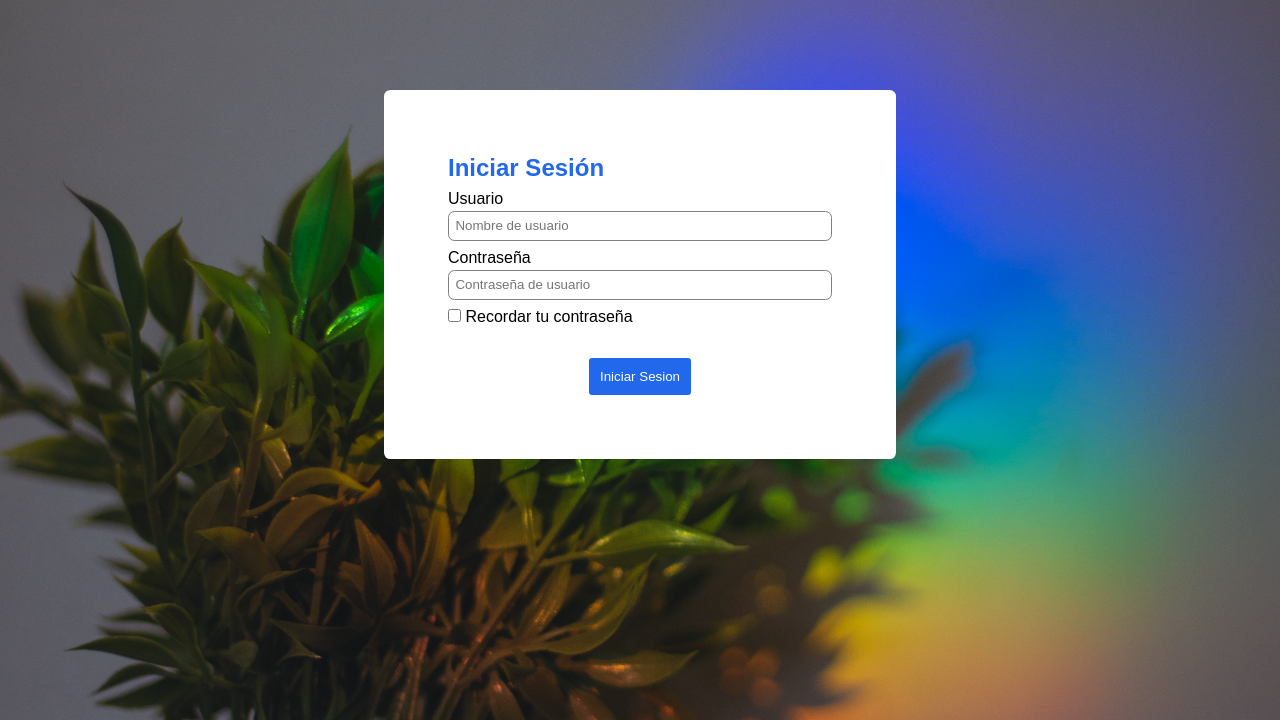
Repository: TzMichaelYT/ModuloHTMLCSS
Page: formularioHTML/index.html
An editor plug-in stored every save of this project. The page is shown before and after the next save, followed by the edit.
The browser window is 1280 px wide. The pictures show the whole page.

Above is the page before, as saved 2021-07-14 21:01:26.

### formularioHTML/index.html
<!DOCTYPE html>
<html lang="es">
  <head>
    <meta charset="UTF-8" />
    <meta http-equiv="X-UA-Compatible" content="IE=edge" />
    <meta name="viewport" content="width=device-width, initial-scale=1.0" />
    <title>Iniciar Sesion</title>

    <!-- Estilos CSS -->
    <link rel="stylesheet" href="./styles/styles.css" />
  </head>
  <body class="bg-matica">
    <!-- Seccion login -->
    <section class="screen-form">
      <!-- Contenedor del formulario -->
      <div class="bg-white form-container">
        <form>
          <!-- Contenedor del titulo -->
          <div>
            <h1 class="header-color">Iniciar Sesi&oacute;n</h1>
          </div>

          <!-- Inputs de inicio de sesion-->
          <div class="input-container">
            <label for="usuario">Usuario</label>
            <input type="text" id="usuario" placeholder="Nombre de usuario" />
          </div>

          <div class="input-container">
            <label for="password">Contraseña</label>
            <input
              type="password"
              id="password"
              placeholder="Contraseña de usuario"
            />
          </div>

          <div class="checkbox-container">
            <input type="checkbox" id="check" />
            <label for="check">Recordar tu contraseña</label>
          </div>

          <div class="btn-login-container">
            <button type="submit">Iniciar Sesion</button>
          </div>
        </form>
      </div>
    </section>
  </body>
</html>

### formularioHTML/styles/styles.css
/*Estilos Genarales*/
* {
    font-family: Arial, Helvetica, sans-serif;
    margin: 0;
}

/* Color del titulo */
.header-color {
    color: #2168ec;
}

/* Imagen de fondo */
.bg-matica {
    background-image: url('../img/matica.jpg');
    background-size: cover;
    background-repeat: no-repeat;
    background-position-y: 40%;
}
/* contendedor formulario */

.bg-white {
    background-color: #fff;
}

.form-container {
    padding: 4rem;
    width: 30%; /* tamaño del formulario */
    border-radius: 0.4rem;
    /*display: flex;
    justify-content: center;
    flex-direction: column;*/
}

/* contenedores de inputs */
.input-container {
    margin-top: 0.5rem;
    display: flex;
    flex-direction: column;
}

.input-container input {
    border-radius: 0.4rem;
    border: solid 0.1rem gray;
    padding: 0.4rem;
    margin-top: 0.2rem;
}

.checkbox-container {
    margin-top: 0.5rem;
}

/* estilos de botones */
.btn-login-container {
    margin-top: 2rem;
    display: flex;
    justify-content: center;
}

.btn-login-container button {
    padding: 0.7rem;
    background-color: #2168ec;
    border: 0;
    border-radius: 0.2rem;
    color: #fff;
    transition: background-color 0.5s;
    transition: padding 0.5s;
}

.btn-login-container button:hover {
    background-color: green;
    padding: 1rem;
}

/*Alineacion Formulario*/
.screen-form {
    display: flex;
    justify-content: center;
    margin-top: 7%;
}

After the next save:
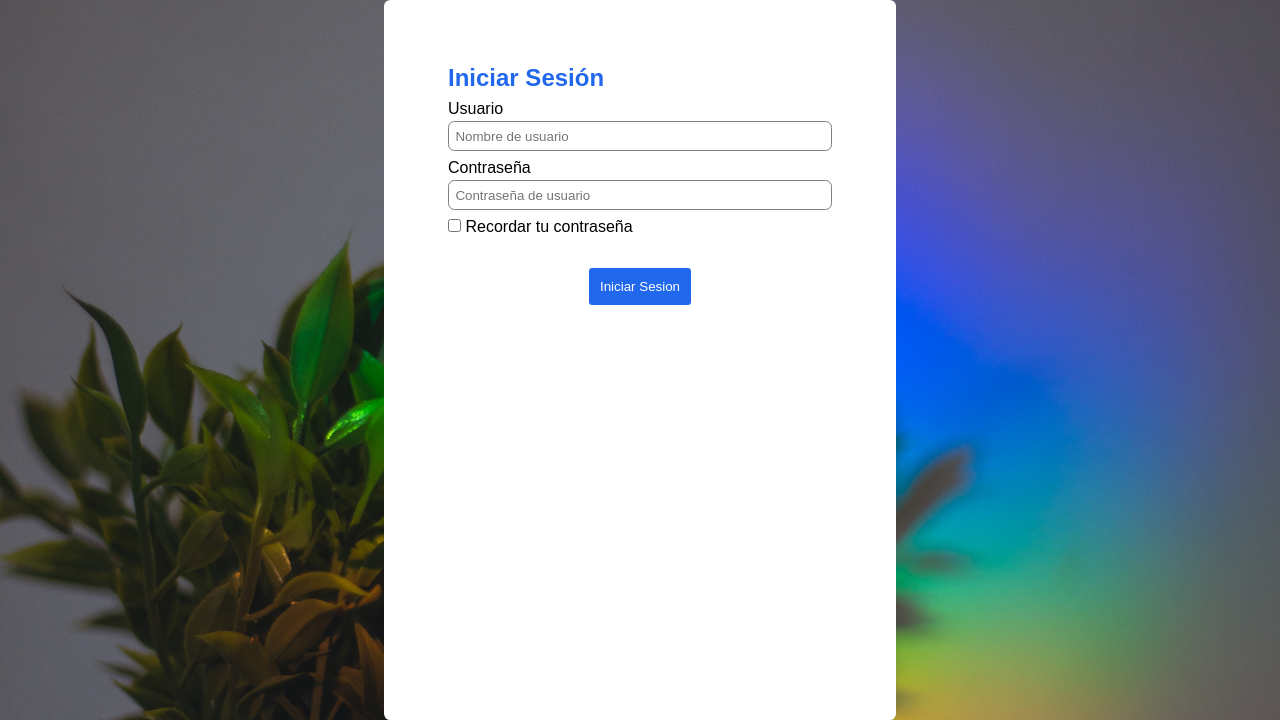
Saved 87 s later.
--- a/formularioHTML/styles/styles.css
+++ b/formularioHTML/styles/styles.css
@@ -73,7 +73,7 @@
 
 /*Alineacion Formulario*/
 .screen-form {
+    height: 100vh;
     display: flex;
     justify-content: center;
-    margin-top: 7%;
 }
